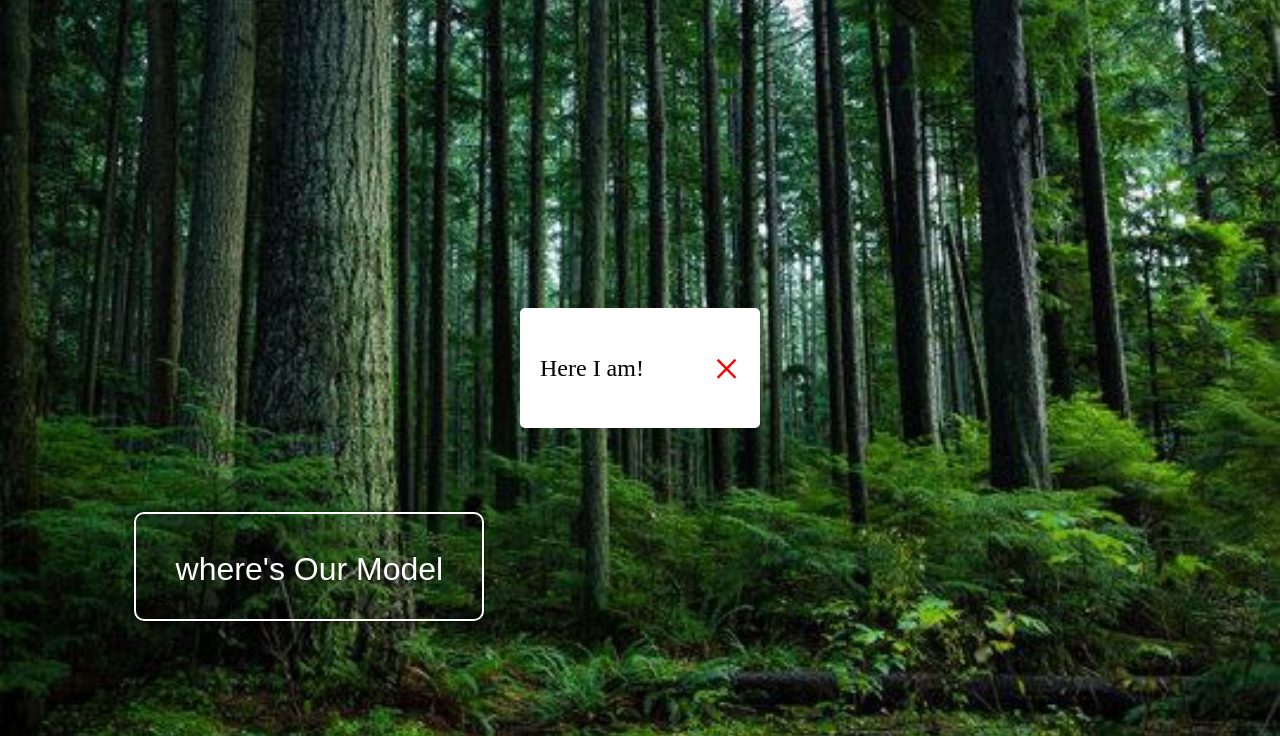
Repository: wakoya-tech/react-project
Page: Desktop/shaakala/model/index.html
The author's editor kept a copy of each file at every save. The page is drawn from the files as they stood at one save, then again after the next save.
The browser window is 1280 px wide. The pictures show the whole page.
Some web libraries are served in a nearby version.

Above is the page before, as saved 2025-08-30 18:22:32.

### Desktop/shaakala/model/index.html
<!DOCTYPE html>
<html lang="en">
<head>
    <meta charset="UTF-8">
    <meta name="viewport" content="width=device-width, initial-scale=1.0">
    <title>Document</title>
    <link rel="stylesheet" href="../model/style.css">
    <link rel="preconnect" href="https://fonts.googleapis.com">
    <link rel="preconnect" href="https://fonts.gstatic.com" crossorigin>
    <link href="https://fonts.googleapis.com/css2?family=Roboto&display=swap" rel="stylesheet">
    <link rel="stylesheet"
          href="https://cdnjs.cloudflare.com/ajax/libs/font-awesome/6.1.1/css/all.min.css"
          integrity="sha512-kfkfwYDsLKIlwQp6LFn18zNdLGxu9YAAlQvwINks4PhcElQ5vqcyVLLD9aMhXd13uQjoXtENosOWaZqXgol0g=="
          crossorigin="anonymous"
          referrerpolicy="no-referrer" />
</head>
<body>

    <button id="open-btn">
        <p>where's Our Model</p>
    </button>
        <div id="modal-container">
            <div id="modal">
            <p>Here I am!</p>
            <div id="close-btn">&times;</div>
        </div>
    </div>

    <script src="../model/script.js"></script>
</body>
</html>

### Desktop/shaakala/model/style.css
body{
    background: url(../img/img2.jpg) no-repeat center center/ cover;
    height: 100vh;
    position: relative;
}
#open-btn {
    position: absolute;
    top: 70%;
    left: 10%;
    width: 350px;
    height: 80px;
    font-size: 2rem;
    background: transparent;
    color: #fff;
    border: solid 2px #fff;
    border-radius: 10px;
    padding: 5px ;
    padding-bottom: 100px;

    box-shadow: 0 0 3px black;
    transition: -5s;
}
#open-btn :hover{
    background-color: #fff;
    color: #000;
}
#modal {
    background-color: #fff;
    position: absolute;
    top: 50%;
    left: 50%;
    transform: translate(-50%, -50%);
    width: 200px;
    height: 100px;
    padding: 10px 20px;
    border-radius: 5px;
    font-size: 1.5rem;
    display: flex;
    justify-content: space-between;
    align-items: center;

    animation-name: animatemodal;
    animation-duration: .4s;
}
#close-btn {
    font-size: 3rem;
}
#close-btn {
cursor: pointer;
font-size: 3rem;
color: #ff0000;
}

Loaded but not shown: Desktop/shaakala/model/script.js (no stored copy; drawn as an empty file)

After the next save:
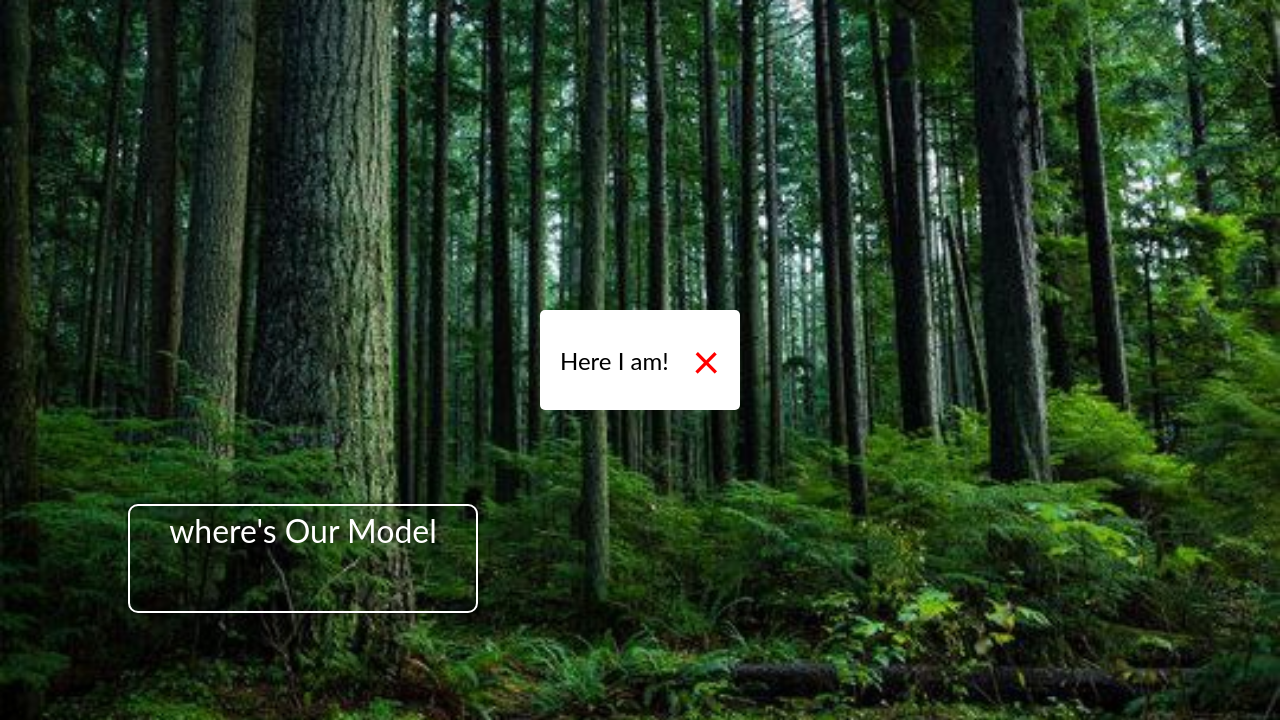
Saved 99 s later.
--- a/Desktop/shaakala/model/style.css
+++ b/Desktop/shaakala/model/style.css
@@ -1,3 +1,9 @@
+*{
+    margin: 0;
+    padding: 0;
+    box-sizing: border-box;
+    font-family: 'Lato',sans-serif;
+}
 body{
     background: url(../img/img2.jpg) no-repeat center center/ cover;
     height: 100vh;
